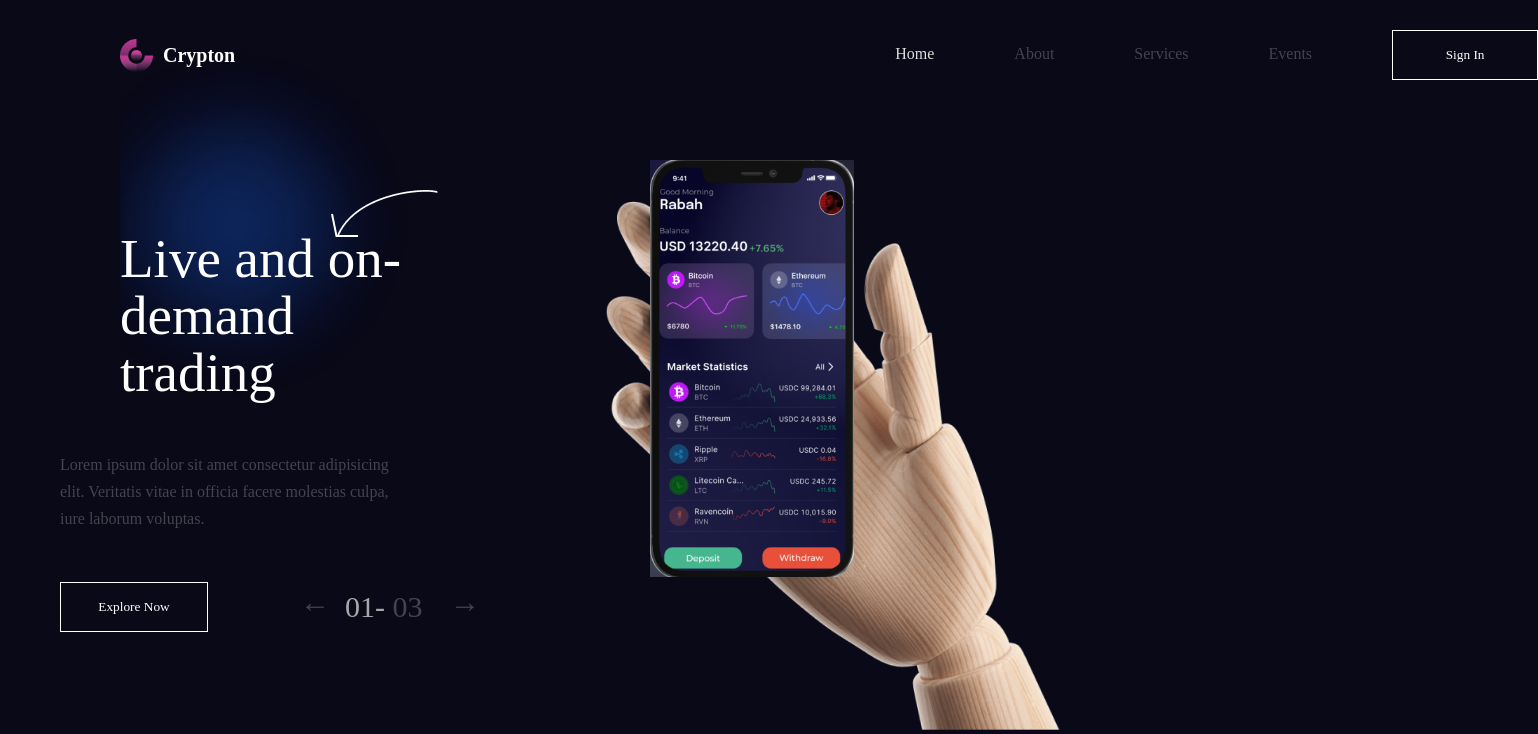
Repository: isaacCodes1/Crypton-Website
Page: index.html
The author's editor kept a copy of each file at every save. The page is drawn from the files as they stood at one save, then again after the next save.
The browser window is 1280 px wide. The page is 1538 px wide, so the pictures cover 1538 px, including what lies to the right of the window. The pictures show the whole page.

Above is the page before, as saved 2024-05-14 21:03:58.

### index.html
<!DOCTYPE html>
<html lang="en">
  <head>
    <meta charset="UTF-8" />
    <meta name="viewport" content="width=device-width, initial-scale=1.0" />
    <link rel="stylesheet" href="style.css" />
    <title>Crypton HomePage</title>
  </head>
  <body>
    <header>
      <nav>
        <div class="headerGen">
          <div class="logo">
            <img class="logoImage" src="/Assets/Group 605.png" alt="" />
            <p class="logoText">Crypton</p>
            <ul>
              <li>Home</li>
              <li style="color: #d6d5d54a">About</li>
              <li style="color: #d6d5d54a">Services</li>
              <li style="color: #d6d5d54a">Events</li>
              <button class="sign">Sign In</button>
            </ul>
          </div>
        </div>
      </nav>
    </header>
    <section>
      <div class="firstSectionGeneral">
        <div class="liveTexts">
          <h1 class="liveText"><span><img class="shadow" src="/Assets/shadow.png" alt=""></span><span><img class="arrow" src="/Assets/Arrow_03.png" alt=""></span>Live and on-demand trading</h1>
          <p class="lorem">
            Lorem ipsum dolor sit amet consectetur adipisicing elit. Veritatis
            vitae in officia facere molestias culpa, iure laborum voluptas.
          </p>
          <button class="explore">Explore Now</button>
          <span class="rArrow">&#8592;</span>
          <p class="innerP">01- <span class="theBrownNumber">03</span></p>
          <span class="lArrow">&#8594;</span>
        </div>
      </div>
    </section>
    <section>
      <div class="handDiv">
        <div class="woodenHand">
          <img class="wood" src="/Assets/rabat.png
          " alt="">
          <img class="hand" src="/Assets/Hand.png" alt="">
        </div>
      </div>
    </section>
  </body>
</html>

### style.css
    * {
    margin: 0;
    padding: 0;
    box-sizing: border-box;
    font-family: "poppins";
    }
body{
    background-color: rgb(9, 9, 24);
}
/* NavBar */
.logo {
    display: flex;
    align-items: center;
    gap: 10px;
    padding-top: 30px;
    margin-left: 120px;
    margin-bottom: 150px;
    cursor: pointer;
}
.logoText{
    font-size: 20px;
    color: #fff;
    margin-right: 650px;
    font-weight: 600;
}
.logo ul{
    display: flex;
    color: #dedcdc;
    list-style: none;
    gap: 80px;
    display: flex;
    align-items: center;
    cursor: pointer;
}
    .logo ul li {
        list-style: none;
        display: inline-block;
        /* padding: 8px 12px; */
        position: relative;
    }
    .logo ul li::after {
        content: "";
        width: 0%;
        height: 2px;
        background: #fff;
        display: block;
        margin: auto;
        transition: 0.5s;
    }
    .logo ul li:hover::after {
        width: 70%;
    }

.sign{
    width: 146px;
    height: 50px;
    border: 1px solid #fff;
    background: transparent;
    color: #fff;
    cursor: pointer;
}
/* Landing Page */
.liveTexts{
    /* display: flex; */
}
.liveText{
    display: flex;
    flex-direction: column;
    font-size: 55px;
    width: 340px;
    line-height: 57px;
    color: #fff;
    margin-left: 120px;
    font-weight: normal;
    margin-bottom: 50px;
}
.shadow{
    width: 25%;
    position: absolute;
    top: 20px;
    left: 120px;
    z-index: -1;
}
.lorem{
    color: #d6d5d54a;
    width: 27%;
    margin-left: 60px;
    line-height: 27px;
    margin-bottom: 50px;
}
.explore{
    margin-left: 60px;
    width: 148px;
    height: 50px;
    background: transparent;
    color: #fff;
    border: 1px solid #fff;
}
.arrow{
    position: absolute;
    top: 120px;
    left: 290px;
}
.rArrow{
    position: absolute;
    font-size: 30px;
    top: 585px;
    left: 300px;
    margin-right: 200px;
    color: #d6d5d54a;
    display: flex;
    align-items: center;
}
.lArrow{
    position: absolute;
    font-size: 30px;
    top: 585px;
    left: 450px;
    color: #d6d5d54a;
    display: flex;
    align-items: center;
}
.innerP{
    position: absolute;
    left: 345px;
    top: 590px;
    color: #ffffffa4;
    font-size: 30px;
}
.theBrownNumber{
    color: #d6d5d54a;
}
/* Wooden Hand Image */
.handDiv{
    display: flex;
    position: absolute;
    top: 190px;
    right: 220px;
}
.hand{
    height: 75vh;
    width: 100%;
}
.wood{
    position: absolute;
    right: 206px;
    top: -30px;
    width: 45%;
}

After the next save:
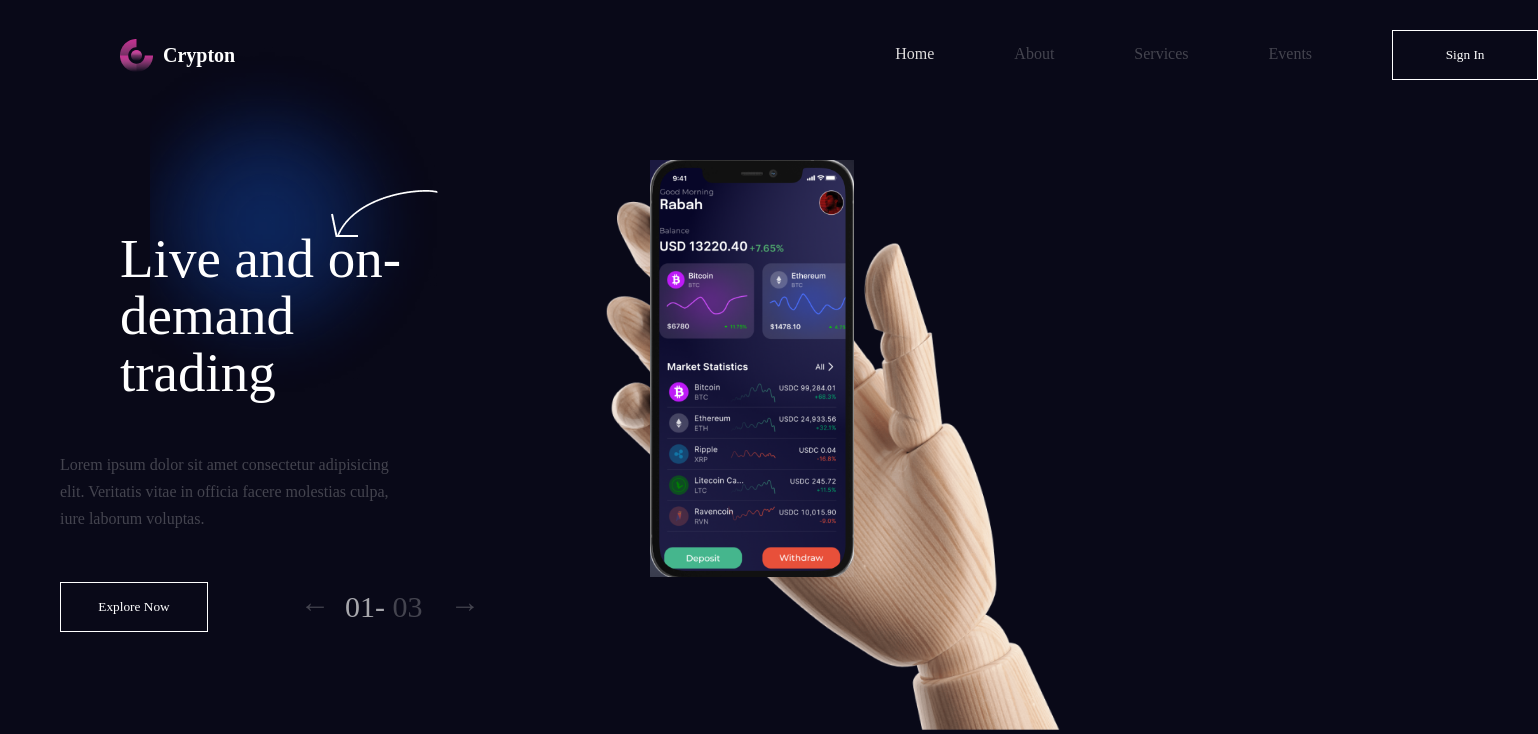
Saved 4 s later.
--- a/style.css
+++ b/style.css
@@ -78,7 +78,7 @@ body{
     width: 25%;
     position: absolute;
     top: 20px;
-    left: 120px;
+    left: 150px;
     z-index: -1;
 }
 .lorem{
